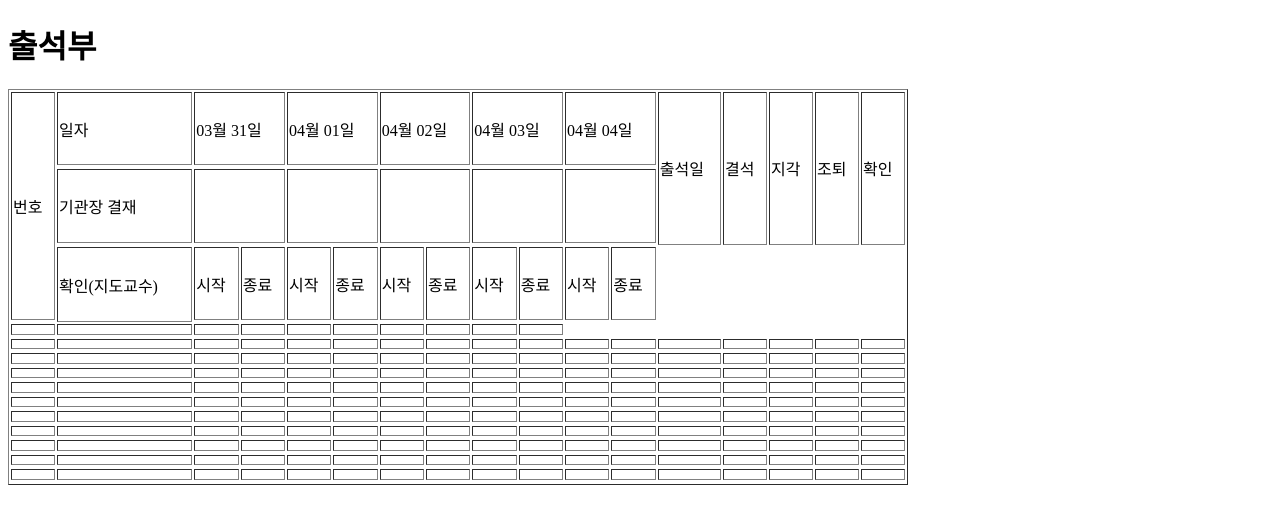
Repository: sinsujung/client
Page: ClientTest/src/main/webapp/문제/q12.html
These files come from the project's save history. The page is drawn as it stood at one moment and after the next save; the edit follows.
The browser window is 1280 px wide. The pictures show the whole page.

Above is the page before, as saved 2023-09-21 04:54:36.

### ClientTest/src/main/webapp/문제/q12.html
<!DOCTYPE html>
<html>
<head>
<meta charset="UTF-8">
<title>Insert title here</title>
</head>
<body>
<!--

	가로 17
	세로 14
 -->
	<h1>출석부</h1>
	<table border="1" width="900" height="396.02">
		<tr>
			<td rowspan="5">번호</td>
			<td>일자</td>
			<td colspan="2">03월 31일</td>
			<td colspan="2">04월 01일</td>
			<td colspan="2">04월 02일</td>
			<td colspan="2">04월 03일</td>
			<td colspan="2">04월 04일</td>
			<td rowspan="4">출석일</td>
			<td rowspan="4">결석</td>
			<td rowspan="4">지각</td>
			<td rowspan="4">조퇴</td>
			<td rowspan="4">확인</td>
		<tr>

		<tr>
			<td>기관장 결재</td>
			<td colspan="2"></td>
			<td colspan="2"></td>
			<td colspan="2"></td>
			<td colspan="2"></td>
			<td colspan="2"></td>
		<tr>

		<tr>
			<td rowspan="2">확인(지도교수)</td>
			<td>시작</td>
			<td>종료</td>
			<td>시작</td>
			<td>종료</td>
			<td>시작</td>
			<td>종료</td>
			<td>시작</td>
			<td>종료</td>
			<td>시작</td>
			<td>종료</td>
		<tr>

		<tr>
			<td></td>
			<td></td>
			<td></td>
			<td></td>
			<td></td>
			<td></td>
			<td></td>
			<td></td>
			<td></td>
			<td></td>
		<tr>

		<tr>
			<td></td>
			<td></td>
			<td></td>
			<td></td>
			<td></td>
			<td></td>
			<td></td>
			<td></td>
			<td></td>
			<td></td>
			<td></td>
			<td></td>
			<td></td>
			<td></td>
			<td></td>
			<td></td>
			<td></td>
		<tr>

		<tr>
			<td></td>
			<td></td>
			<td></td>
			<td></td>
			<td></td>
			<td></td>
			<td></td>
			<td></td>
			<td></td>
			<td></td>
			<td></td>
			<td></td>
			<td></td>
			<td></td>
			<td></td>
			<td></td>
			<td></td>
		<tr>

		<tr>
			<td></td>
			<td></td>
			<td></td>
			<td></td>
			<td></td>
			<td></td>
			<td></td>
			<td></td>
			<td></td>
			<td></td>
			<td></td>
			<td></td>
			<td></td>
			<td></td>
			<td></td>
			<td></td>
			<td></td>
		<tr>

		<tr>
			<td></td>
			<td></td>
			<td></td>
			<td></td>
			<td></td>
			<td></td>
			<td></td>
			<td></td>
			<td></td>
			<td></td>
			<td></td>
			<td></td>
			<td></td>
			<td></td>
			<td></td>
			<td></td>
			<td></td>
		<tr>

		<tr>
			<td></td>
			<td></td>
			<td></td>
			<td></td>
			<td></td>
			<td></td>
			<td></td>
			<td></td>
			<td></td>
			<td></td>
			<td></td>
			<td></td>
			<td></td>
			<td></td>
			<td></td>
			<td></td>
			<td></td>
		<tr>

		<tr>
			<td></td>
			<td></td>
			<td></td>
			<td></td>
			<td></td>
			<td></td>
			<td></td>
			<td></td>
			<td></td>
			<td></td>
			<td></td>
			<td></td>
			<td></td>
			<td></td>
			<td></td>
			<td></td>
			<td></td>
		<tr>

		<tr>
			<td></td>
			<td></td>
			<td></td>
			<td></td>
			<td></td>
			<td></td>
			<td></td>
			<td></td>
			<td></td>
			<td></td>
			<td></td>
			<td></td>
			<td></td>
			<td></td>
			<td></td>
			<td></td>
			<td></td>
		<tr>

		<tr>
			<td></td>
			<td></td>
			<td></td>
			<td></td>
			<td></td>
			<td></td>
			<td></td>
			<td></td>
			<td></td>
			<td></td>
			<td></td>
			<td></td>
			<td></td>
			<td></td>
			<td></td>
			<td></td>
			<td></td>
		<tr>

		<tr>
			<td></td>
			<td></td>
			<td></td>
			<td></td>
			<td></td>
			<td></td>
			<td></td>
			<td></td>
			<td></td>
			<td></td>
			<td></td>
			<td></td>
			<td></td>
			<td></td>
			<td></td>
			<td></td>
			<td></td>
		<tr>

		<tr>
			<td></td>
			<td></td>
			<td></td>
			<td></td>
			<td></td>
			<td></td>
			<td></td>
			<td></td>
			<td></td>
			<td></td>
			<td></td>
			<td></td>
			<td></td>
			<td></td>
			<td></td>
			<td></td>
			<td></td>
		<tr>


	</table>
</body>
</html>

After the next save:
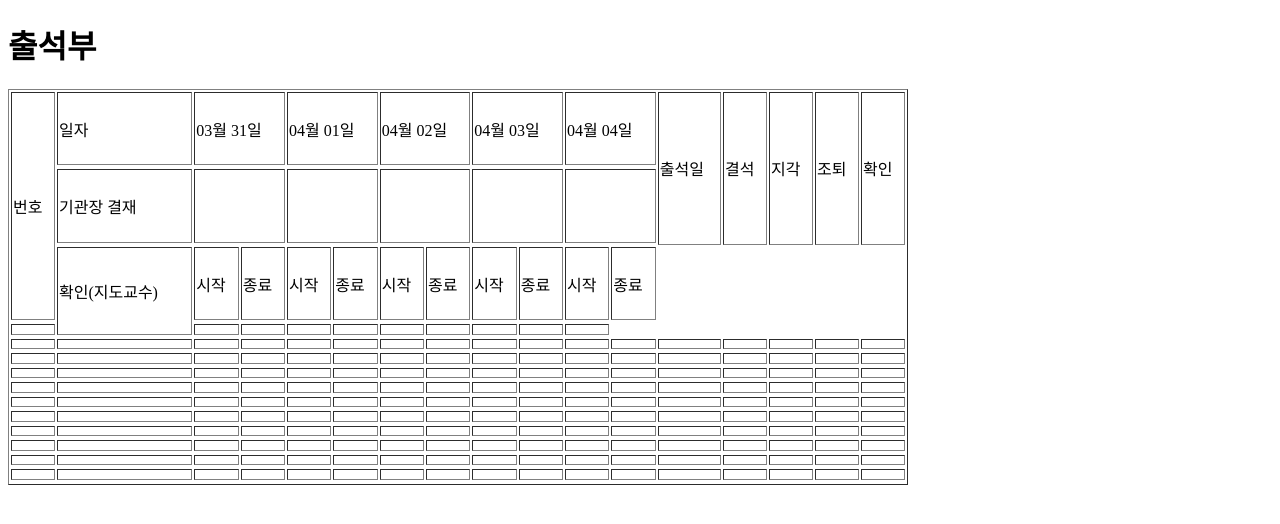
Saved 17 s later.
--- a/ClientTest/src/main/webapp/문제/q12.html
+++ b/ClientTest/src/main/webapp/문제/q12.html
@@ -37,7 +37,7 @@
 		<tr>
 
 		<tr>
-			<td rowspan="2">확인(지도교수)</td>
+			<td rowspan="3">확인(지도교수)</td>
 			<td>시작</td>
 			<td>종료</td>
 			<td>시작</td>
